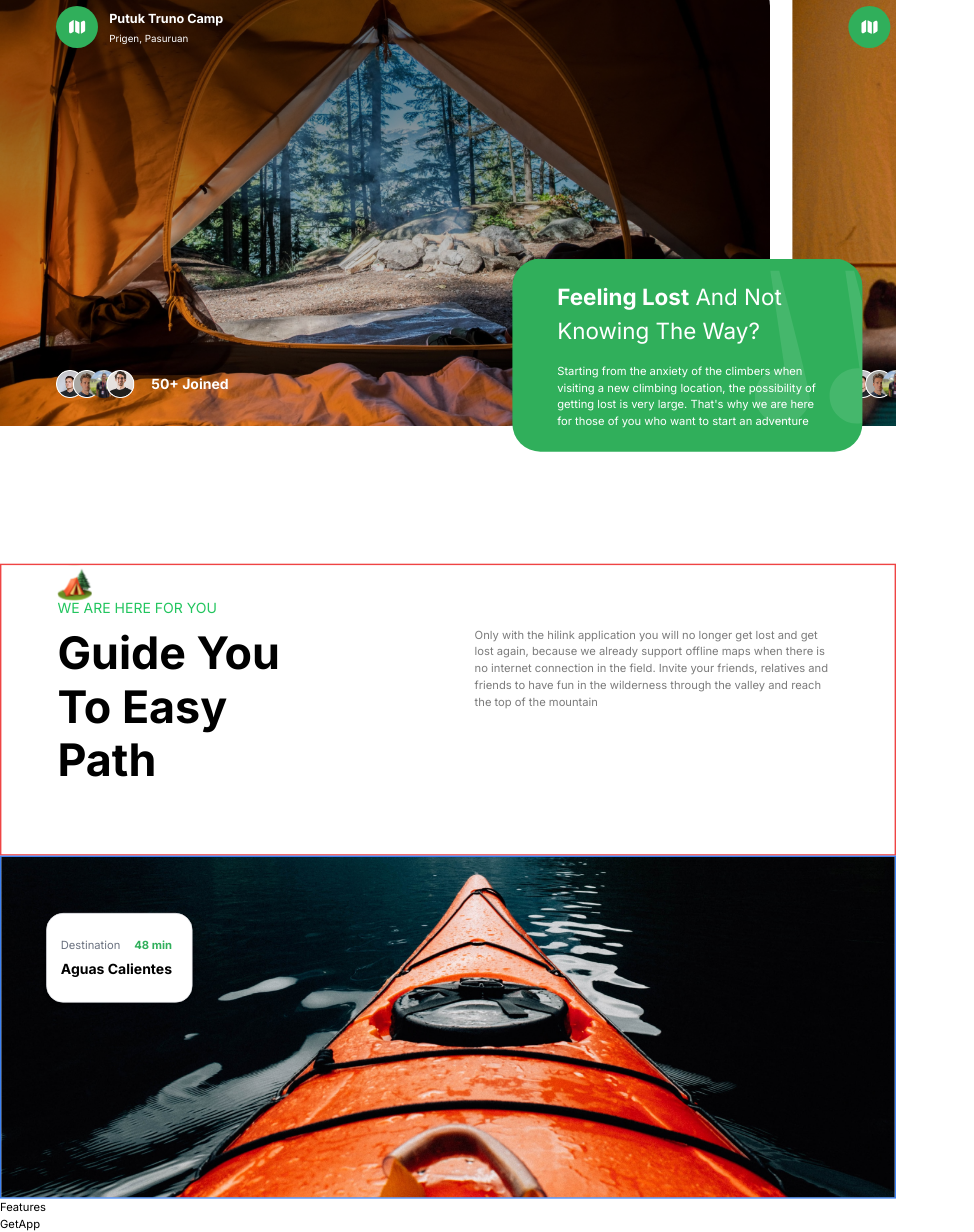
Repository: abdulrahmanmahmood/Travel-App
Page: /
These files come from the project's save history. The page is drawn as it stood at one moment and after a run of saves; the edit follows.
The browser window is 1280 px wide. The page is 1392 px wide, so the pictures cover 1392 px, including what lies to the right of the window. The pictures show the part of the page from y = 966 to 2726 px (the page is 2726 px tall), at 70% of full size.
The project was rebuilt for these pictures with package versions that can differ from the ones it lists, and the page was loaded fresh each time. The framework's server and built-in components were replaced by stand-ins that run in the browser. Also part of the build but not shown: next.config.js.

Above is the page before, as saved 2023-11-08 11:12:22.

After the next 2 saves:
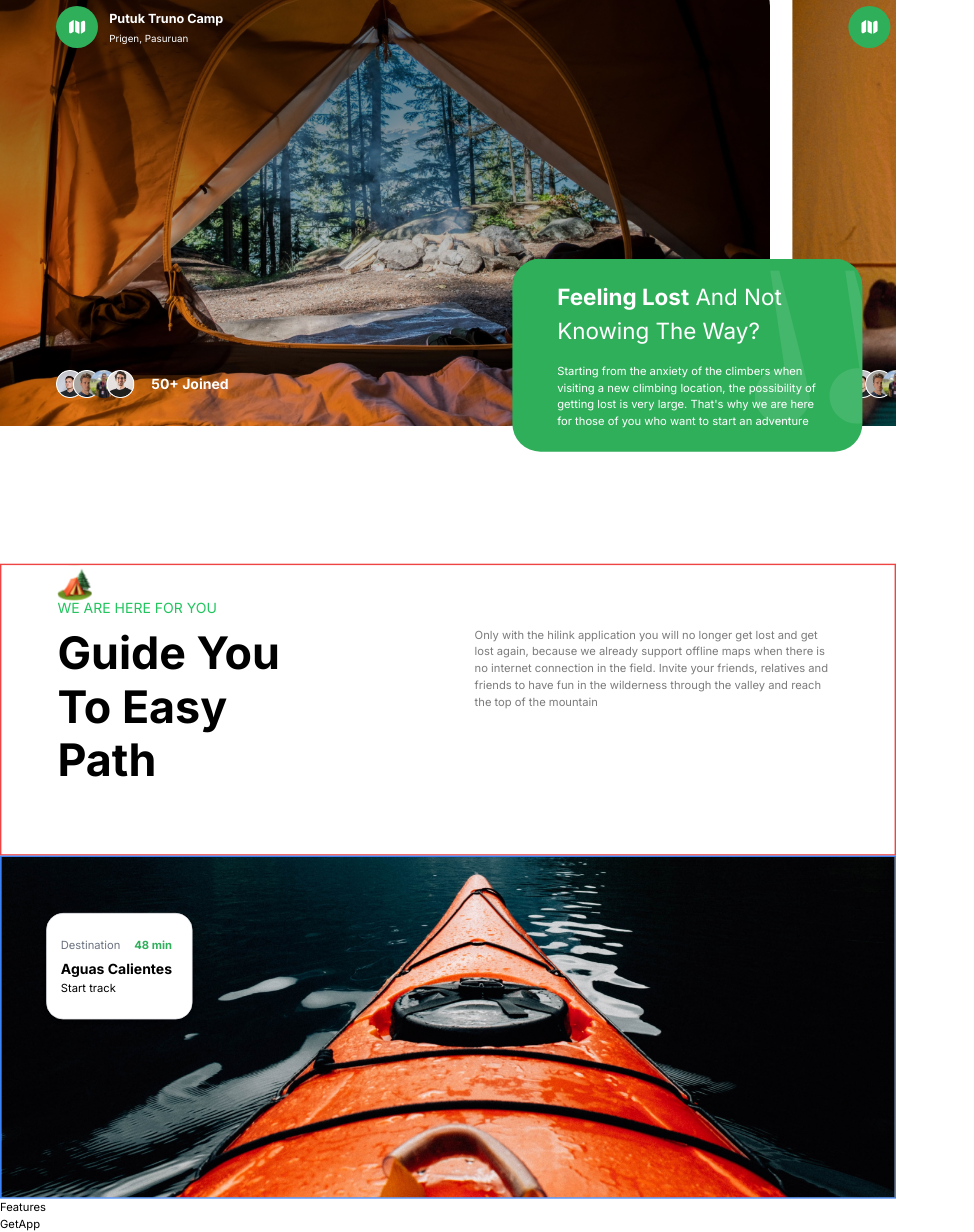
The 2 saves are shown as one change because they came seconds apart.
The last was saved 13 s later.
--- a/components/Guide.tsx
+++ b/components/Guide.tsx
@@ -39,7 +39,7 @@ function Guide() {
               <p className="bold-20 mt-2 ">Aguas Calientes</p>
             </div>
             <div className="flex w-full flex-col">
-              <p></p>
+              <p>Start track</p>
             </div>
           </div>
         </div>
